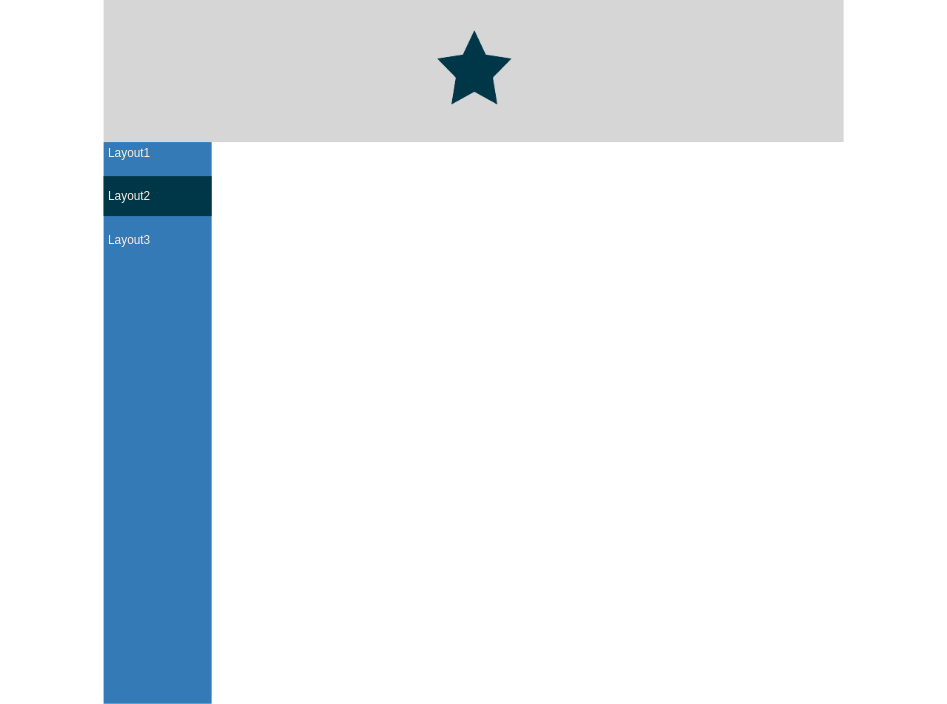
Repository: baliayassin/MyGame
Page: Documents/Aptana Studio 3 Workspace/homeWork2/layOut2.html
An editor plug-in stored every save of this project. The page is shown before and after the next save, followed by the edit.
The browser window is 1280 px wide. The pictures show the whole page, at 74% of full size.

Above is the page before, as saved 2017-11-29 12:33:28.

After the next save:
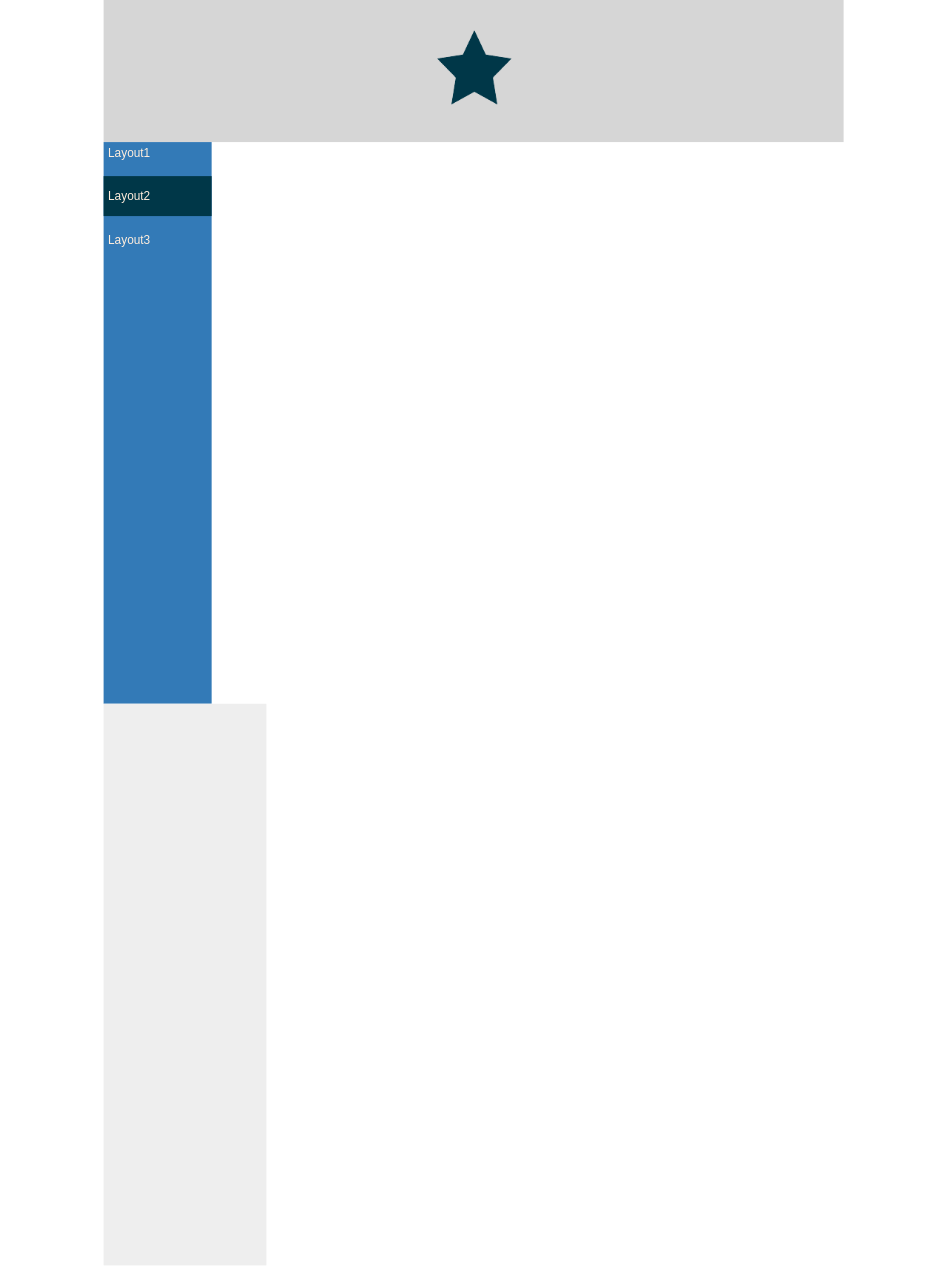
Saved 119 s later.
--- a/Documents/Aptana Studio 3 Workspace/homeWork2/layOut2.html
+++ b/Documents/Aptana Studio 3 Workspace/homeWork2/layOut2.html
@@ -25,6 +25,8 @@
 
     </nav>
 
+    <aside> </aside>
+
 
 
 
--- a/Documents/Aptana Studio 3 Workspace/homeWork2/includes/style.css
+++ b/Documents/Aptana Studio 3 Workspace/homeWork2/includes/style.css
@@ -219,3 +219,13 @@ main, nav, aside, footer, section, article, header {
 	padding-left: 6px;
 	width: 140px;
 }
+
+
+#wrapper2 aside{
+
+	background: #EEEEEE;
+	height: 759px;
+	width: 220px;
+	display: inline-block;
+
+}
